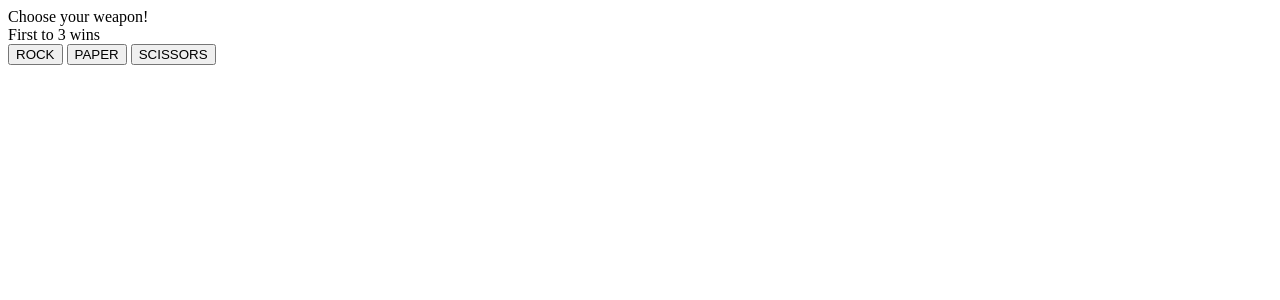
Repository: z1youRA/rock_paper_scissors
Page: index.html
An editor plug-in stored every save of this project. The page is shown before and after the next save, followed by the edit.
The browser window is 1280 px wide. The pictures show the whole page.
After loading, the first visible `button` was clicked once.

Above is the page before, as saved 2021-12-14 15:27:40.
Console error: ReferenceError: querySelector is not defined

### index.html
<!DOCTYPE html>
<html lang="en">
<head>
    <meta charset="UTF-8">
    <meta http-equiv="X-UA-Compatible" content="IE=edge">
    <meta name="viewport" content="width=device-width, initial-scale=1.0">
    <title>ROCK PAPER SCISSORS</title>

</head>
<body>
    <div class='result'>Choose your weapon!</div>
    <div class='intro'>First to 3 wins</div>
    <div class="container">
        <button>ROCK</button>
        <button>PAPER</button>
        <button>SCISSORS</button>
        <div class='info'></div>
    </div>
</body>
<script src="rockpaperscissors.js">
</script>
</html>

### rockpaperscissors.js
const arr = ["rock", "paper", "scissors"];

function computerPlay(){
    const randomNumber = Math.floor(Math.random() * 3);
    return arr[randomNumber];
}

function playround(playerSelection, computerSelection){
    playerSelection = playerSelection.toLowerCase();
    let result = 0;
    const div = querySelector('.info');
    if(playerSelection == computerSelection) {
        div.textContent = "That's a draw! You both selected " + playerSelection;
        result = 0;
    }
    else if((playerSelection == "rock" && computerSelection == "paper") || (playerSelection == "paper" && computerSelection == "scissors") || (playerSelection == "scissors" && computerSelection == "rock")) {
        div.textContent = "You lose! " + playerSelection + " loses to " + computerSelection;
        result = -1;
    }
    else if((computerSelection == "rock" && playerSelection == "paper") || (computerSelection == "paper" && playerSelection == "scissors") || (computerSelection == "scissors" && playerSelection == "rock")) {
        div.textContent ="You win!" + playerSelection + " beats " + computerSelection;
        result = 1;
    }
    container.appendChild(div);
    return result;
}

//Get input from user for 5 times and make the computer pick a random choice and then compete.
function game() {
    let win = 0;
    let lose = 0;
    let result = 0;
    let round = 0;
    const buttons = Array.from(document.querySelectorAll('button'));
    buttons.forEach(button => {
        button.addEventListener('click', () => {
            result = playround(button.textContent, computerPlay());
            if(result === 1) {
                win++;
            }
            else if(result === -1) {
                lose++;
            }
            round++;
            const rslt = document.querySelector('.result');
            const intr = document.querySelector('.intro');
            rslt.textContent = `ROUND${round}`;
            intr.textContent = `POINTS:${win}-${lose}`;
            if(win >= 3) {
                alert('YOU WIN!');
                win = 0;
                lose = 0;
                result = 0;
                round = 0;
                intr.textContent = `POINTS:${win}-${lose}`;
            }
            if(lose >= 3) {
                alert('YOU LOSE.');
                win = 0;
                lose = 0;
                result = 0;
                round = 0;
                intr.textContent = `POINTS:${win}-${lose}`;
            }
            });
        });
    // for(let i = 0; i < 5; i++){
    //     playerSelection = prompt("Make your choice from rock, paper and scissors:");
    //     result = playround(playerSelection, computerPlay())
    //     if(result == 1) {
    //         winTimes++;
    //     }
    //     else if(result == -1) {
    //         winTimes--;
    //     }
    // }
    // if(winTimes > 0) {
    //     console.log("Yes, you win!");
    // }
    // else if(winTimes < 0) {
    //     console.log("Sorry, you lose!");
    // }
    // else {
    //     console.log("That's a draw, try again.");
    // }

}
game();

After the next save:
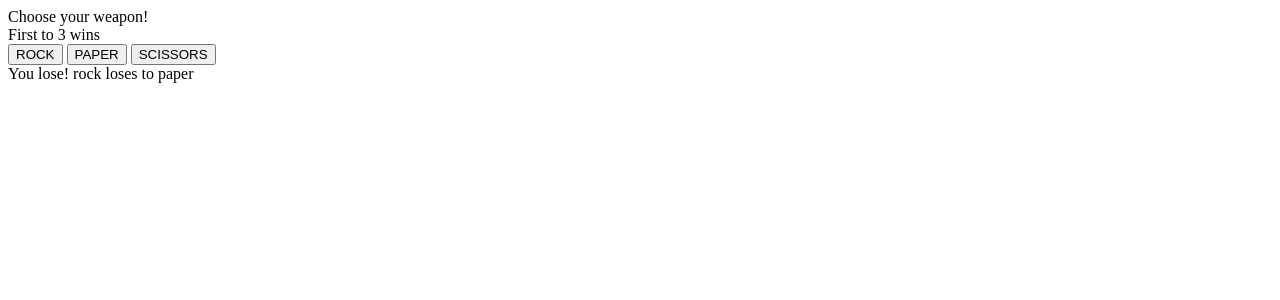
Console error: ReferenceError: container is not defined
Saved 11 s later.
--- a/rockpaperscissors.js
+++ b/rockpaperscissors.js
@@ -8,7 +8,7 @@ function computerPlay(){
 function playround(playerSelection, computerSelection){
     playerSelection = playerSelection.toLowerCase();
     let result = 0;
-    const div = querySelector('.info');
+    const div = document.querySelector('.info');
     if(playerSelection == computerSelection) {
         div.textContent = "That's a draw! You both selected " + playerSelection;
         result = 0;
